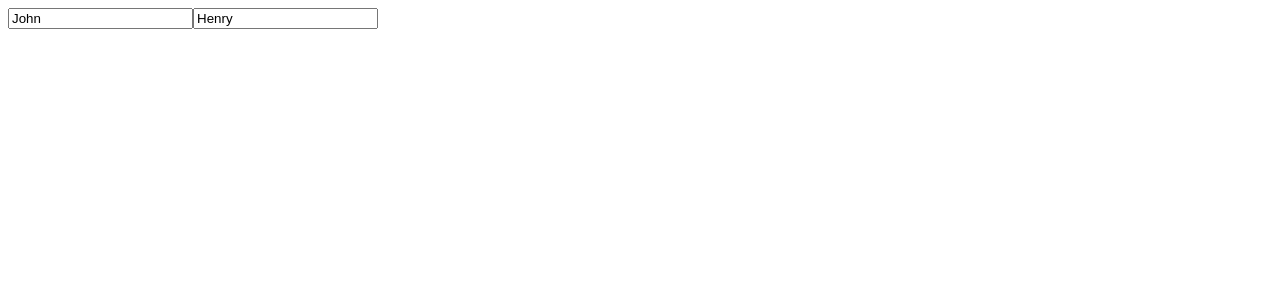
Repository: learn-co-students/react-forms-onl01-seng-pt-012120
Page: /
An editor plug-in stored every save of this project. The page is shown before and after the next save, followed by the edit.
The browser window is 1280 px wide. The pictures show the whole page.
The project was rebuilt for these pictures with package versions that can differ from the ones it lists, and the page was loaded fresh each time. Also part of the build but not shown: webpack.config.js.

Above is the page before, as saved 2020-09-24 10:56:02.

### public/index.html
<!doctype html>
<html lang="en">
  <head>
    <meta charset="utf-8">
    <meta name="viewport" content="width=device-width, initial-scale=1">
    <link rel="shortcut icon" href="%PUBLIC_URL%/favicon.ico">
    <!--
      Notice the use of %PUBLIC_URL% in the tag above.
      It will be replaced with the URL of the `public` folder during the build.
      Only files inside the `public` folder can be referenced from the HTML.

      Unlike "/favicon.ico" or "favicon.ico", "%PUBLIC_URL%/favicon.ico" will
      work correctly both with client-side routing and a non-root public URL.
      Learn how to configure a non-root public URL by running `npm run build`.
    -->
    <title>React Forms</title>
  </head>
  <body>
    <div id="root"></div>
    <!--
      This HTML file is a template.
      If you open it directly in the browser, you will see an empty page.

      You can add webfonts, meta tags, or analytics to this file.
      The build step will place the bundled scripts into the <body> tag.

      To begin the development, run `npm start`.
      To create a production bundle, use `npm run build`.
    -->
  </body>
</html>

### src/index.js
import React from 'react';
import ReactDOM from 'react-dom';
import Form from './components/Form'

ReactDOM.render(
  <div>
    <Form />
  </div>,
  document.getElementById('root')
);

### src/components/Form.js
import React from 'react';

class Form extends React.Component {
  state = {
    firstName: "John",
    lastName: "Henry",
    submittedData: []
  }

  handleFirstNameChange = event => {
    this.setState({
      firstName: event.target.value
    })
  }

  handleLastNameChange = event => {
    this.setState({
      lastName: event.target.value
    })
  }

  handleSubmit = event => {
    event.preventDefault()
    let formData = { firstName: this.state.firstName, lastName: this.state.lastName }
    let dataArray = this.state.submittedData.concat(formData)
    this.setState({submittedData: dataArray})
  }

  listOfSubmissions = () => {
    return this.state.submittedData.map(data => {
      return <div><span>{data.firstName}</span> <span>{data.lastName}</span></div>
    })
  }

  render() {
    return (
      <form onSubmit={event => this.handleSubmit(event)}>
      <input
        type="text"
        onChange={event => this.handleFirstNameChange(event)}
        value={this.state.firstName}
      />
      <input
        type="text"
        onChange={event => this.handleLastNameChange(event)}
        value={this.state.lastName}
      />
    </form>
    )
  }
}

export default Form;

After the next save:
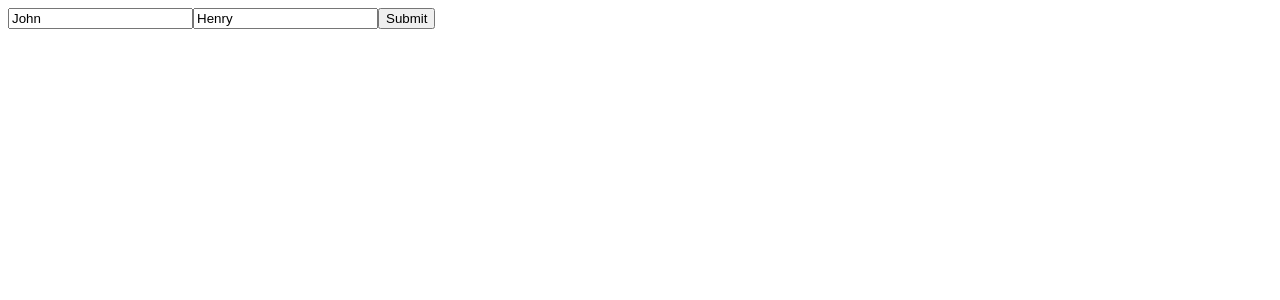
Saved 35 s later.
--- a/src/components/Form.js
+++ b/src/components/Form.js
@@ -34,18 +34,22 @@ class Form extends React.Component {
 
   render() {
     return (
-      <form onSubmit={event => this.handleSubmit(event)}>
-      <input
-        type="text"
-        onChange={event => this.handleFirstNameChange(event)}
-        value={this.state.firstName}
-      />
-      <input
-        type="text"
-        onChange={event => this.handleLastNameChange(event)}
-        value={this.state.lastName}
-      />
-    </form>
+      <div>
+        <form onSubmit={event => this.handleSubmit(event)}>
+          <input
+            type="text"
+            onChange={event => this.handleFirstNameChange(event)}
+            value={this.state.firstName}
+          />
+          <input
+            type="text"
+            onChange={event => this.handleLastNameChange(event)}
+            value={this.state.lastName}
+          />
+          <input type="submit"/>
+        </form>
+        {this.listOfSubmissions()}
+      </div>
     )
   }
 }
